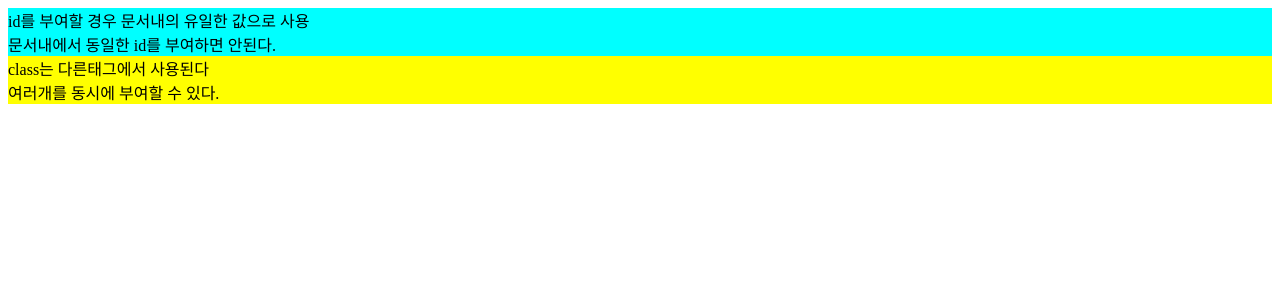
Repository: cleangggg/front
Page: css/ex02.html
The author's editor kept a copy of each file at every save. The page is drawn from the files as they stood at one save, then again after the next save.
The browser window is 1280 px wide. The pictures show the whole page.

Above is the page before, as saved 2023-05-25 00:37:06.

After the next save:
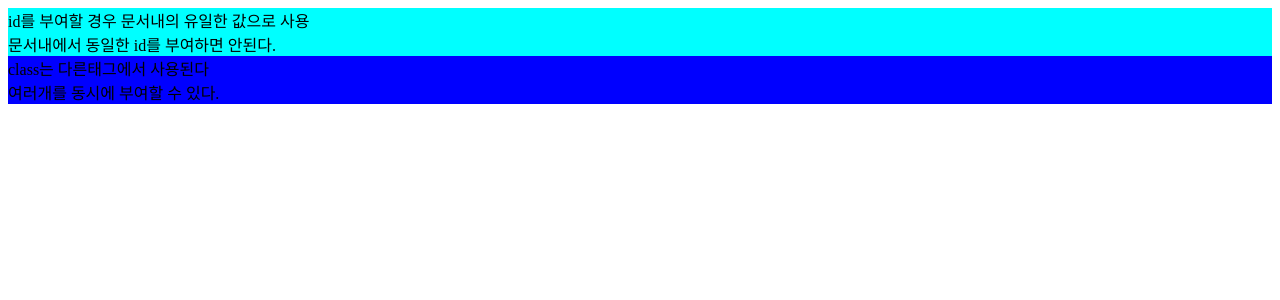
Saved 17 s later.
--- a/css/ex02.html
+++ b/css/ex02.html
@@ -7,7 +7,7 @@
 	#id01{ background : aqua;}
 	.class01 { background : gray;}
 	#id02{ background : red;}
-	.class02 { background : yellow;}
+	.class02 { background : blue;}
 </style>
 
 </head>
